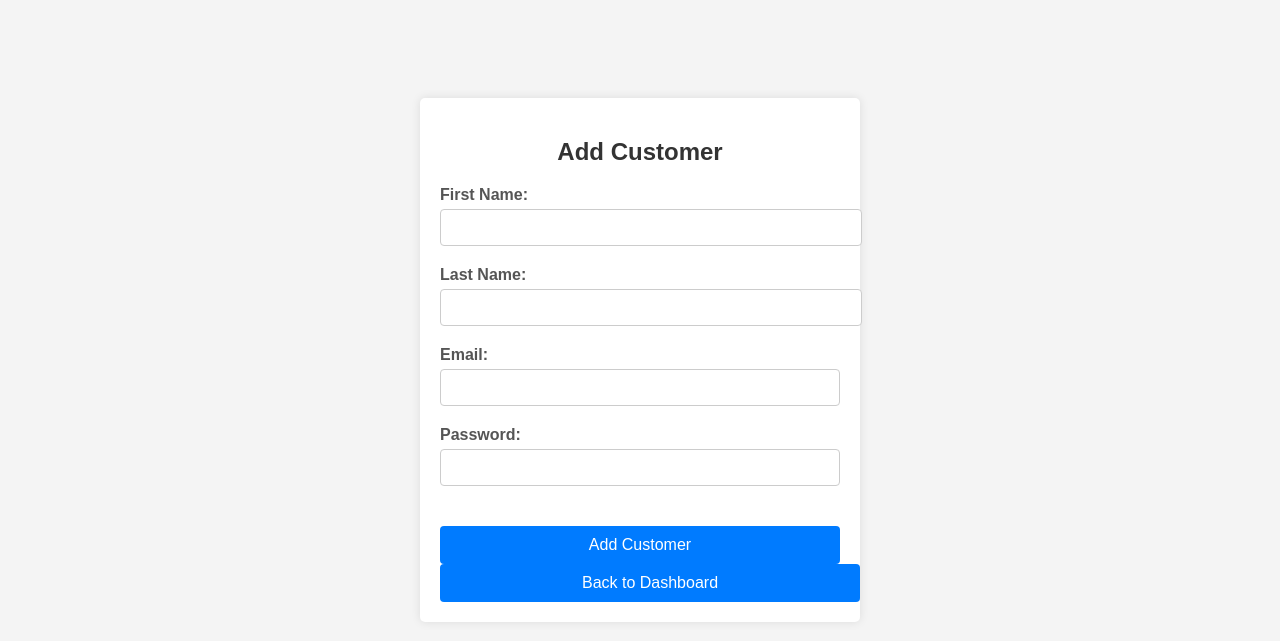
Repository: vinayakGarudi2002/swabhavTrainingProjects
Page: http://localhost/01_banking_application/addCustomer.jsp
These files come from the project's save history. The page is drawn as it stood at one moment and after the next save; the edit follows.
The browser window is 1280 px wide. The pictures show the whole page.
The page is served by Tomcat 9. Other server files are loaded and not shown.

Above is the page before, as saved 2024-08-12 11:23:48.

### 01_banking_application/WebContent/addCustomer.jsp
<%@ page language="java" contentType="text/html; charset=UTF-8" pageEncoding="UTF-8"%>
<%@ taglib uri="http://java.sun.com/jsp/jstl/core" prefix="c" %>
<!DOCTYPE html>
<html>
<head>
    <meta charset="UTF-8">
    <title>Add Customer - Banking App</title>
    <link rel="stylesheet" type="text/css" href="static/css/styles.css">
     <style>
       a {
            display: block;
            width: 100%;
            padding: 10px;
            background-color: #007bff;
            color: white;
            text-align: center;
            border-radius: 4px;
            text-decoration: none;
            font-size: 16px;
        }

        a:hover {
            background-color: #0056b3;
        }
    </style>
</head>
<body>
    <div class="form-container">
        <h2>Add Customer</h2>
        <form action="AddCustomerServlet" method="post">
            <label for="firstName">First Name:</label>
            <input type="text" id="firstName" name="firstName" required>

            <label for="lastName">Last Name:</label>
            <input type="text" id="lastName" name="lastName" required>

            <label for="email">Email:</label>
            <input type="email" id="email" name="email" required>

            <label for="password">Password:</label>
            <input type="password" id="password" name="password" required>

            <button type="submit">Add Customer</button>
        </form>

        <!-- Error message -->
        <c:if test="${not empty errorMessage}">
            <div class="error-message">
                <c:out value="${errorMessage}"/>
            </div>
        </c:if>

         <c:if test="${not empty succesMessage}">
            <div class="succes-message">
                <c:out value="${succesMessage}"/>
            </div>
        </c:if>

        <a href="adminDashboard.jsp">Back to Dashboard</a>
    </div>
</body>
</html>

### 01_banking_application/WebContent/static/css/styles.css
/* styles.css */
body {
    font-family: Arial, sans-serif;
    background-color: #f4f4f4;
    display: flex;
    justify-content: center;
    align-items: center;
    height: 100vh;
    margin: 0;
}

.login-container {
    background-color: #fff;
    padding: 20px;
    border-radius: 5px;
    box-shadow: 0 0 10px rgba(0, 0, 0, 0.1);
    width: 300px;
}

h2 {
    margin-bottom: 20px;
    font-size: 24px;
    color: #333;
    text-align: center;
}

.form-group {
    margin-bottom: 15px;
}

label {
    display: block;
    margin-bottom: 5px;
    color: #555;
}

input[type="email"],
input[type="password"] {
    width: 100%;
    padding: 8px;
    box-sizing: border-box;
    border: 1px solid #ddd;
    border-radius: 4px;
}

button {
    width: 100%;
    padding: 10px;
    background-color: #007bff;
    color: white;
    border: none;
    border-radius: 4px;
    cursor: pointer;
    font-size: 16px;
}

button:hover {
    background-color: #0056b3;
}

.error-message {
    color: red;
    margin-top: 10px;
    text-align: center;
}

/* Additional styles for dashboard */
.dashboard-container {
    background-color: #fff;
    padding: 20px;
    border-radius: 5px;
    box-shadow: 0 0 10px rgba(0, 0, 0, 0.1);
    width: 400px;
    margin: 50px auto;
    text-align: center;
}

.admin-actions {
    list-style-type: none;
    padding: 0;
    margin: 20px 0;
}

.admin-actions li {
    margin: 10px 0;
}

.admin-actions a {
    text-decoration: none;
    color: #007bff;
    font-size: 18px;
}

.admin-actions a:hover {
    text-decoration: underline;
}

button {
    width: 100%;
    padding: 10px;
    background-color: #dc3545;
    color: white;
    border: none;
    border-radius: 4px;
    cursor: pointer;
    font-size: 16px;
    margin-top: 20px;
}

button:hover {
    background-color: #c82333;
}

/* add customer   */
.form-container {
    background-color: #fff;
    padding: 20px;
    border-radius: 5px;
    box-shadow: 0 0 10px rgba(0, 0, 0, 0.1);
    width: 400px;
    margin: 50px auto;
    text-align: left;
}

.form-container h2 {
    text-align: center;
    margin-bottom: 20px;
}

.form-container label {
    display: block;
    margin-bottom: 5px;
    font-weight: bold;
}

.form-container input[type="text"],
.form-container input[type="email"],
.form-container input[type="password"] {
    width: 100%;
    padding: 10px;
    margin-bottom: 20px;
    border: 1px solid #ccc;
    border-radius: 4px;
}

.form-container button {
    width: 100%;
    padding: 10px;
    background-color: #007bff;
    color: white;
    border: none;
    border-radius: 4px;
    cursor: pointer;
    font-size: 16px;
}

.form-container button:hover {
    background-color: #0056b3;
}

.error-message {
    color: red;
    font-weight: bold;
    margin-top: 20px;
    text-align: center;
}

.succes-message {
    color: green;
    font-weight: bold;
    margin-top: 20px;
    text-align: center;
}



/*vew all customer  */

  .customer-view-container {
            background-color: #fff;
            padding: 20px;
            border-radius: 5px;
            box-shadow: 0 0 10px rgba(0, 0, 0, 0.1);
            width: 600px;
            margin: 50px auto;
        }

        .customer-view-container h2 {
            text-align: center;
            margin-bottom: 20px;
            color: #333;
        }

        table {
            width: 100%;
            border-collapse: collapse;
            margin-bottom: 20px;
        }

        table th, table td {
            border: 1px solid #ddd;
            padding: 10px;
            text-align: center;
        }

        table th {
            background-color: #007bff;
            color: white;
        }

        table td {
            background-color: #f9f9f9;
            color: #333;
        }





               .form-container {
            background-color: #fff;
            padding: 20px;
            border-radius: 5px;
            box-shadow: 0 0 10px rgba(0, 0, 0, 0.1);
            width: 400px;
            margin: 50px auto;
        }

        h2 {
            text-align: center;
            margin-bottom: 20px;
            color: #333;
        }

        label {
            display: block;
            margin-bottom: 10px;
            font-weight: bold;
            color: #555;
        }

        select, input[type="text"] {
            width: 100%;
            padding: 10px;
            margin-bottom: 20px;
            border: 1px solid #ccc;
            border-radius: 4px;
        }

        button {
            width: 48%;
            padding: 10px;
            background-color: #007bff;
            color: white;
            border: none;
            border-radius: 4px;
            cursor: pointer;
            font-size: 16px;
        }

        button:hover {
            background-color: #0056b3;
        }

        .error-message {
            color: red;
            font-weight: bold;
            margin-top: 20px;
            text-align: center;
        }

        .success-message {
            color: green;
            font-weight: bold;
            margin-top: 20px;
            text-align: center;
        }

        .buttons-container {
            display: flex;
            justify-content: space-between;
        }

After the next save:
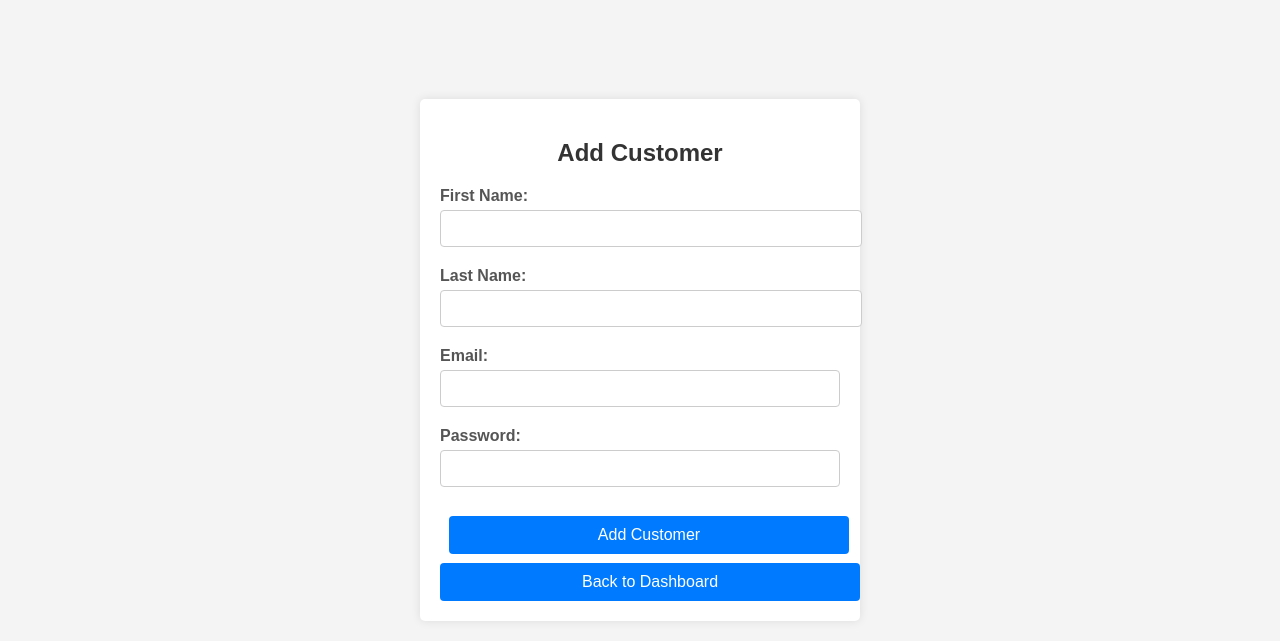
Saved 3 min 19 s later.
--- a/01_banking_application/WebContent/static/css/styles.css
+++ b/01_banking_application/WebContent/static/css/styles.css
@@ -152,6 +152,7 @@ button:hover {
     border-radius: 4px;
     cursor: pointer;
     font-size: 16px;
+    margin:9px;
 }
 
 .form-container button:hover {
@@ -217,7 +218,7 @@ button:hover {
 
 
 
-               .form-container {
+  .form-container {
             background-color: #fff;
             padding: 20px;
             border-radius: 5px;
